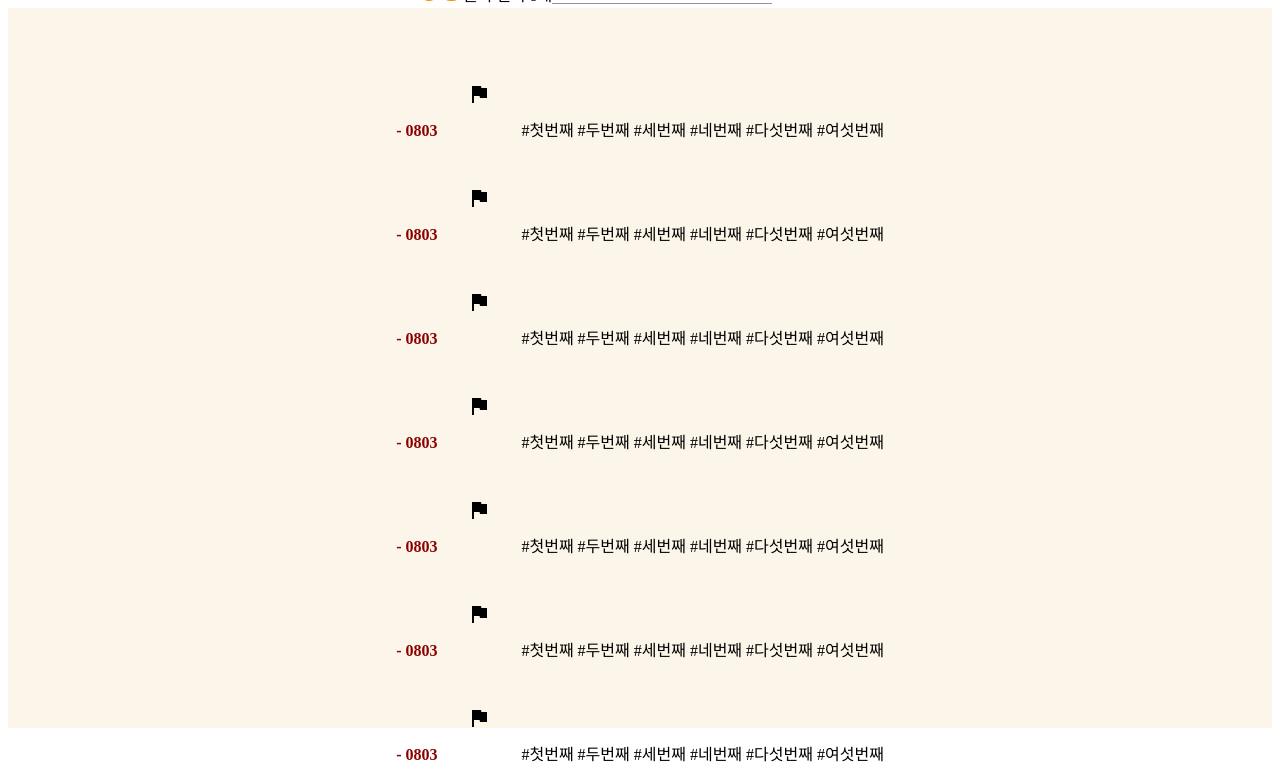
Repository: IMHANA/diary
Page: /list
The author's editor kept a copy of each file at every save. The page is drawn from the files as they stood at one save, then again after the next save.
The browser window is 1280 px wide. The pictures show the whole page.
The project was rebuilt for these pictures with package versions that can differ from the ones it lists, and the page was loaded fresh each time. Also part of the build but not shown: src/App.css, src/pages/Main/main.js, src/pages/Month/month.js.

Above is the page before, as saved 2021-08-05 17:40:17.

### src/App.js
import './App.css';
import React, { Component } from 'react'
import MainTemplates from './components/MainTemplates';

class App extends Component {
  render() {
    console.log('메인을 불러온다!')
    return (
      <div>
        <MainTemplates/>
      </div>
    )
  }
}

export default App;

### src/components/MainTemplates.js
import React, { Component } from 'react'
import Main from '../pages/Main/main';
import Month from '../pages/Month/month';
import DayList from '../pages/DayList/dayList';
import { BrowserRouter as Router, Route, Switch, Link} from 'react-router-dom';

export default class MainTemplates extends Component {
    render() {
        return (
            <Router>
                <Switch>
                    <Route exact path='/' component={Main}/>
                    <Route path='/monthly' component={ Month }/>
                    <Route path='/list' component={ DayList} />
                </Switch>
            </Router>
        )
    }
}

### src/pages/DayList/dayList.js
import React, { Component } from 'react';
import { Add, ArrowBack , Flag} from '@material-ui/icons'
import TextField from '@material-ui/core/TextField';
import '../DayList/dayList.css';

export default class dayList extends Component {
    render() {
        return (
            <div id='container'>
                <div id='sub_box'>
                    <div className='list_title'>
                        <span id='month'>08</span><span>월의 일기 8개</span>
                        <TextField id="standard-secondary" label="Standard secondary" color="secondary" />
                        <Add style={{fontSize: '45px'}}/>
                        <ArrowBack style={{fontSize: '45px'}} />
                    </div>
                    <div id='title'

                    ></div>
                    <div>
                        <div className='list_box'>
                            <span className='date'>- 0803</span>
                            <Flag className='icon'/>
                            <span>#첫번째 #두번째 #세번째 #네번째 #다섯번째 #여섯번째</span>
                        </div>
                        <div className='list_box'>
                            <span className='date'>- 0803</span>
                            <Flag className='icon'/>
                            <span>#첫번째 #두번째 #세번째 #네번째 #다섯번째 #여섯번째</span>
                        </div>
                        <div className='list_box'>
                            <span className='date'>- 0803</span>
                            <Flag className='icon'/>
                            <span>#첫번째 #두번째 #세번째 #네번째 #다섯번째 #여섯번째</span>
                        </div>
                        <div className='list_box'>
                            <span className='date'>- 0803</span>
                            <Flag className='icon'/>
                            <span>#첫번째 #두번째 #세번째 #네번째 #다섯번째 #여섯번째</span>
                        </div>
                        <div className='list_box'>
                            <span className='date'>- 0803</span>
                            <Flag className='icon'/>
                            <span>#첫번째 #두번째 #세번째 #네번째 #다섯번째 #여섯번째</span>
                        </div>
                        <div className='list_box'>
                            <span className='date'>- 0803</span>
                            <Flag className='icon'/>
                            <span>#첫번째 #두번째 #세번째 #네번째 #다섯번째 #여섯번째</span>
                        </div>
                        <div className='list_box'>
                            <span className='date'>- 0803</span>
                            <Flag className='icon'/>
                            <span>#첫번째 #두번째 #세번째 #네번째 #다섯번째 #여섯번째</span>
                        </div>
                    </div>
                    <div>

                    </div>
                </div>
            </div>
        )
    }
}

### src/pages/Main/main.css
#container {
    display: flex;
    flex-direction:column;

    height: 100vh;

    justify-content: center;
    align-items: center;
    background-color:rgb(252, 245, 233);
}

input[placeholder] {
    text-align: center;
    width: 150px;
    height: 35px;
    margin-bottom: 10px;
}

#login_btn, #sign_up_btn {
    width: 50px;
    height: 50px;
    border-radius: 50%;
    outline: none;
    border: none;
}

#btn_box {
    display: flex;
    justify-content: space-around;
    width: 150px;

}

#login_btn {
    background-color: rgb(255, 182, 45);
    margin-left: 50px;
}
#sign_up_btn {
    background-color: rgb(55, 137, 139);
}

#login_btn:hover {
    cursor: pointer;
    background-color: rgb(218, 153, 35);
}
#sign_up_btn:hover {
    cursor: pointer;
    background-color: rgb(51, 123, 124);
}

### src/pages/Month/month.css
#container {
    margin: 0;
    display: flex;
    flex-direction: column;
    justify-content: center;
    align-items: center;
}

.month_box_container {
    display: flex;
    width: 990px;
    height: 150px;
}
.month_box_container .calendar-item {
    /* display: inline-block; */
    border: 1px solid rgb(243, 243, 243);
    flex:1;
    padding-top: 10px;
    padding-left: 15px;
}

.month_box_container .calendar-item span.title{
    font-size: 40px;
    color:darkgrey;
    cursor: pointer;
    /* margin-top: 10px;
    margin-bottom: 10px; */
}

.month_box_container .calendar-item span.title:hover{
    color:rgb(252, 169, 76);
}

/* .first-floor span.title{
    color: red;
    height: 40px;
} */

#year_row {
    margin-top: 50px;
}

#year_row span {
    padding: 0 15px 0 15px;
}

### src/pages/DayList/dayList.css
#container {
    display: flex;
    flex-direction: column;
    justify-content: center;
    align-items: center;
    height: 100vh;

}

.list_title {
    margin-bottom: 40px;
}

#month {
    color:darkorange;
    font-size: 45px;
}

#sub_box {
    display: flex;
    flex-direction: column;
    justify-content: center;
    align-items: center;
}
.list_box {
    margin-bottom: 15px;
}
.icon {
    padding: 30px;
}

.date {
    font-weight: bolder;
    color:darkred;
}

Loaded but not shown: public/index.html (common file); src/index.js (common file)

After the next save:
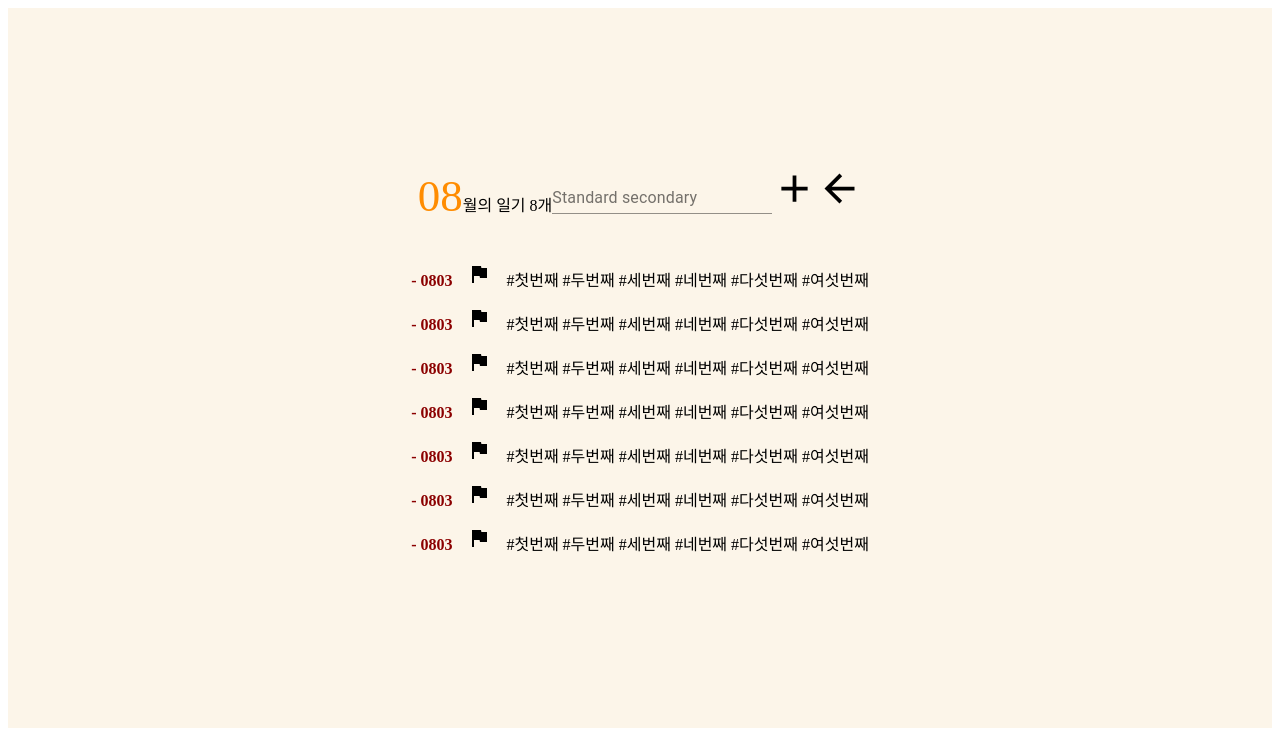
Saved 29 s later.
--- a/src/pages/DayList/dayList.css
+++ b/src/pages/DayList/dayList.css
@@ -26,7 +26,7 @@
     margin-bottom: 15px;
 }
 .icon {
-    padding: 30px;
+    padding: 0 15px 0 15px;
 }
 
 .date {
